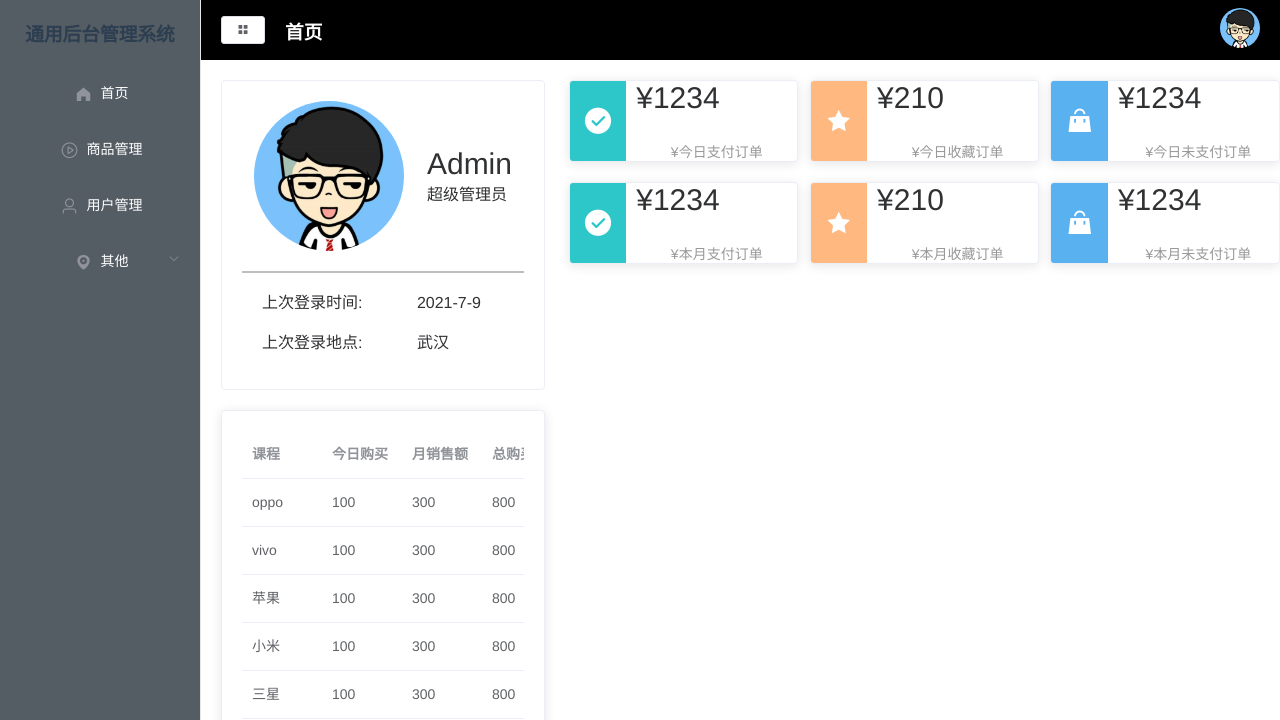
Repository: 385841539/VueStudy
Page: / (app in vue_cli/)
These files come from the project's save history. The page is drawn as it stood at one moment and after the next save; the edit follows.
The browser window is 1280 px wide. The pictures show the whole page.
An inner scrolling area shows only its first screen. The project was rebuilt for these pictures with package versions that can differ from the ones it lists, and the page was loaded fresh each time. Also part of the build but not shown: vue_cli/vue.config.js.

Above is the page before, as saved 2022-01-13 15:07:55.

After the next save:
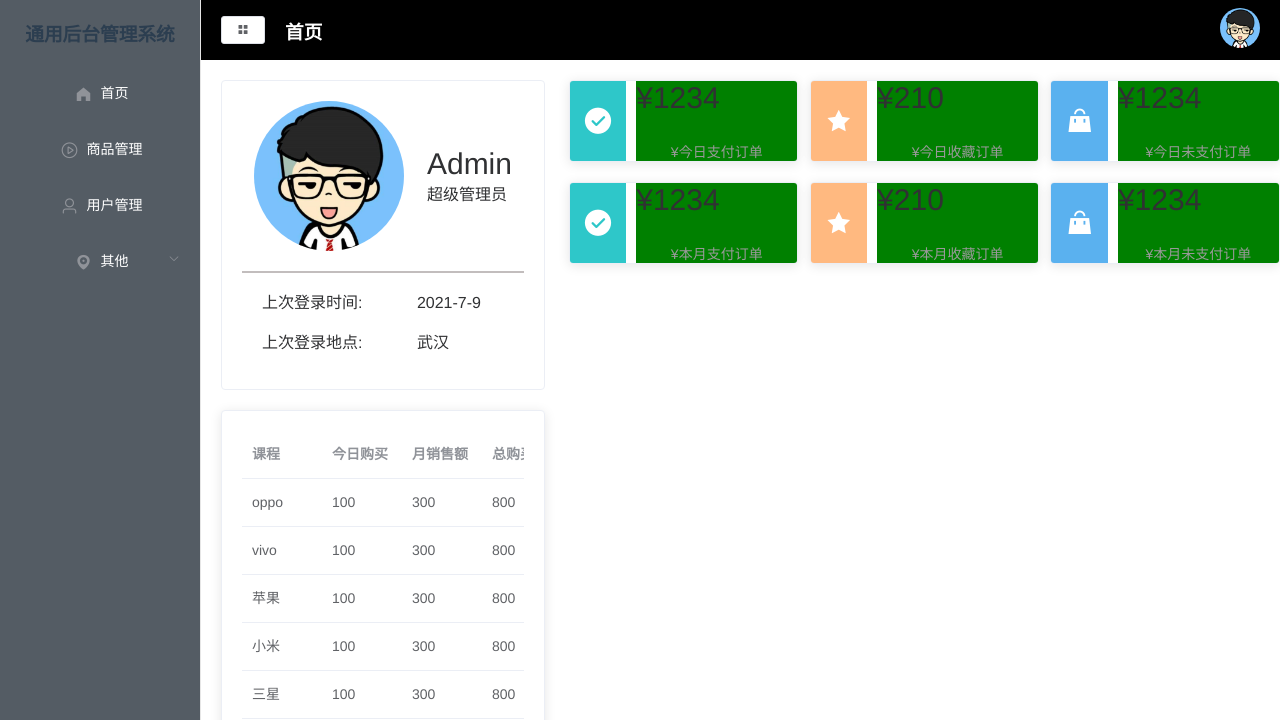
Saved 6 s later.
--- a/vue_cli/src/views/Home/Home.vue
+++ b/vue_cli/src/views/Home/Home.vue
@@ -218,9 +218,9 @@ export default {
     display: flex;
     flex-direction: column;
     justify-content: space-between;
-
-
-width: 100%;
+    background-color: green;
+
+    width: 100%;
 
     margin-left: 10px;
     .num {
